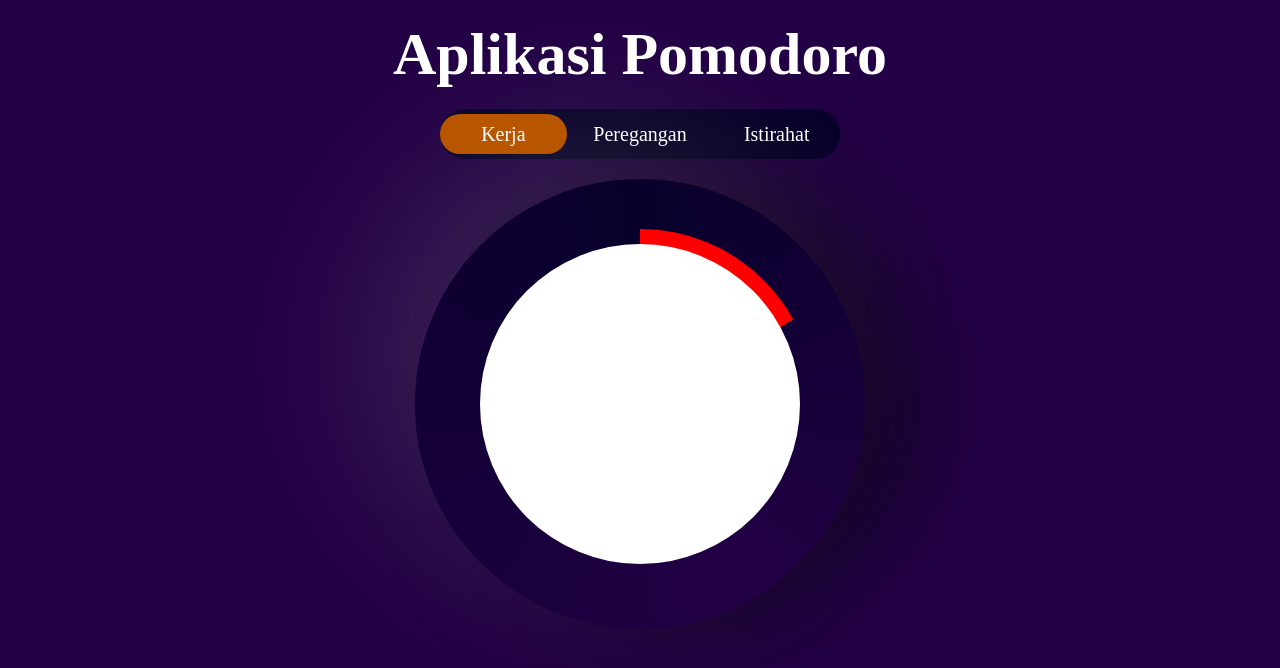
Repository: sellayspy/aplikasiPomodoro
Page: /
The author's editor kept a copy of each file at every save. The page is drawn from the files as they stood at one save, then again after the next save.
The browser window is 1280 px wide. The pictures show the whole page.
The project was rebuilt for these pictures with package versions that can differ from the ones it lists, and the page was loaded fresh each time. Also part of the build but not shown: vite.config.js.

Above is the page before, as saved 2024-11-25 13:56:02.

After the next save:
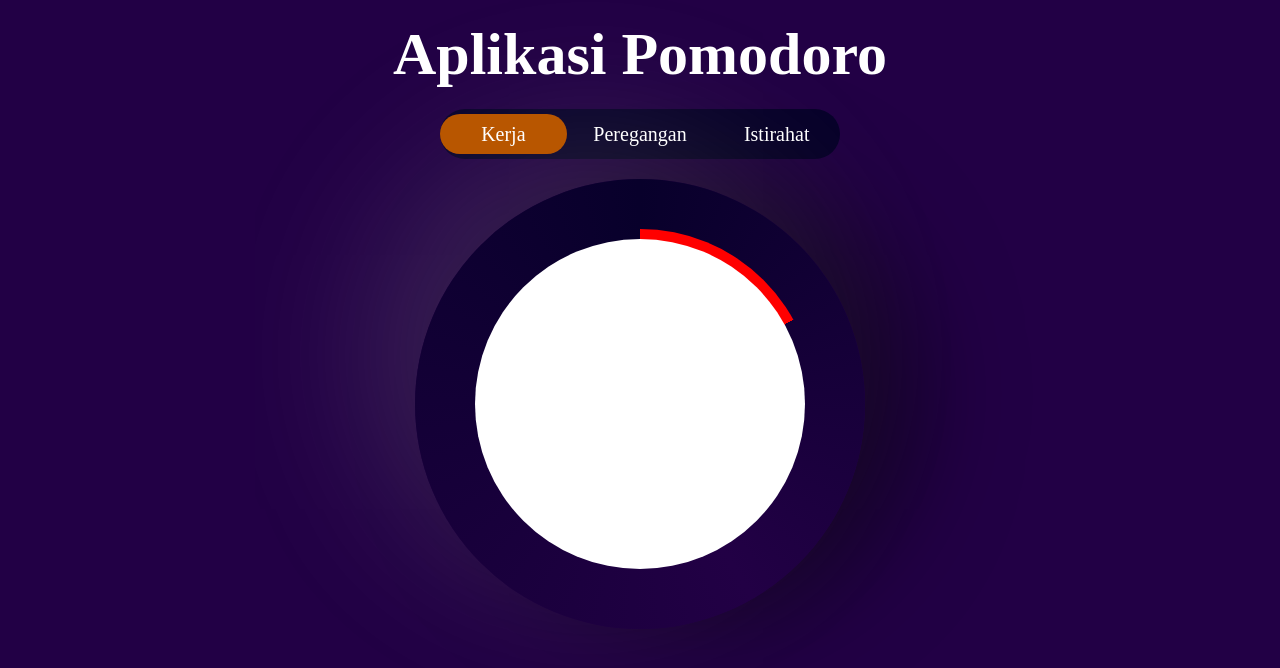
Saved 30 s later.
--- a/src/components/TimerProgress.jsx
+++ b/src/components/TimerProgress.jsx
@@ -29,8 +29,8 @@ const OuterCircle = styled.div`
 `;
 
 const InnerCircle = styled.div`
-  width: 32rem;
-  height: 32rem;
+  width: 33rem;
+  height: 33rem;
   background: white;
 
   border-radius: 50%;
